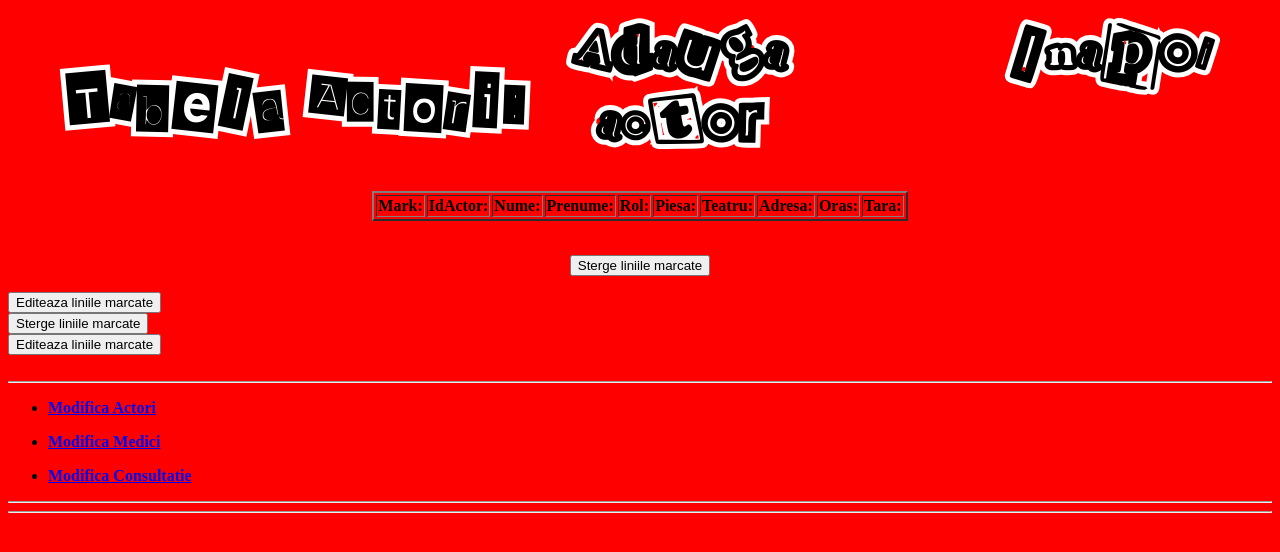
Repository: SusStefan/ActorDB
Page: http://localhost/Actori/tabela_actori.jsp
An editor plug-in stored every save of this project. The page is shown before and after the next save, followed by the edit.
The browser window is 1280 px wide. The pictures show the whole page.
The page is served by Tomcat 9. Queries for data that is not in the repository find no rows.

Above is the page before, as saved 2025-12-15 19:31:12.
Console error: TypeError: Cannot set properties of null (setting 'innerHTML')

After the next save:
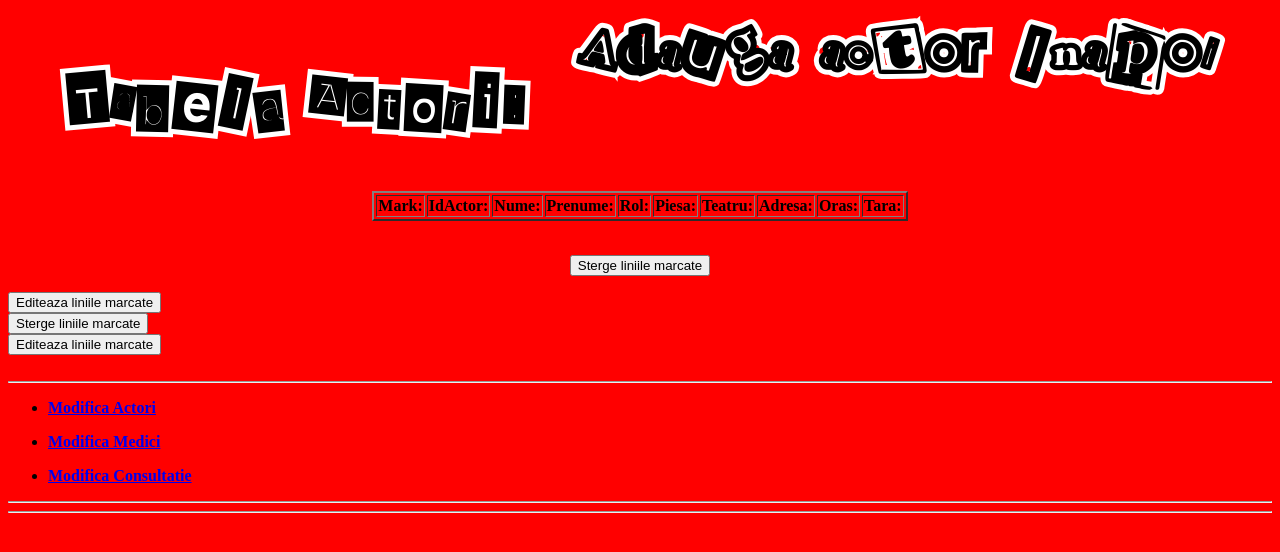
Saved 16 s later.
--- a/Actori/src/main/webapp/tabela_actori.jsp
+++ b/Actori/src/main/webapp/tabela_actori.jsp
@@ -15,10 +15,10 @@
  <br/>
 
 <a href="adauga_actor.jsp">
-<div class="cssbutton "id="Butactori"><b class="sway-text"><strong>Adauga actor</strong></b></div>
+<div class="cssbutton2 "><b class="sway-text"><strong>Adauga actor</strong></b></div>
 </a>
  <a href="index.html">
-<div class="cssbutton "id="Butactori"><b class="sway-text"><strong>Inapoi</strong></b></div>
+<div class="cssbutton2 "><b class="sway-text"><strong>Inapoi</strong></b></div>
 </a>
 </div>
  <form action="sterge_actori.jsp" method="post">

After the 2 saves that followed:
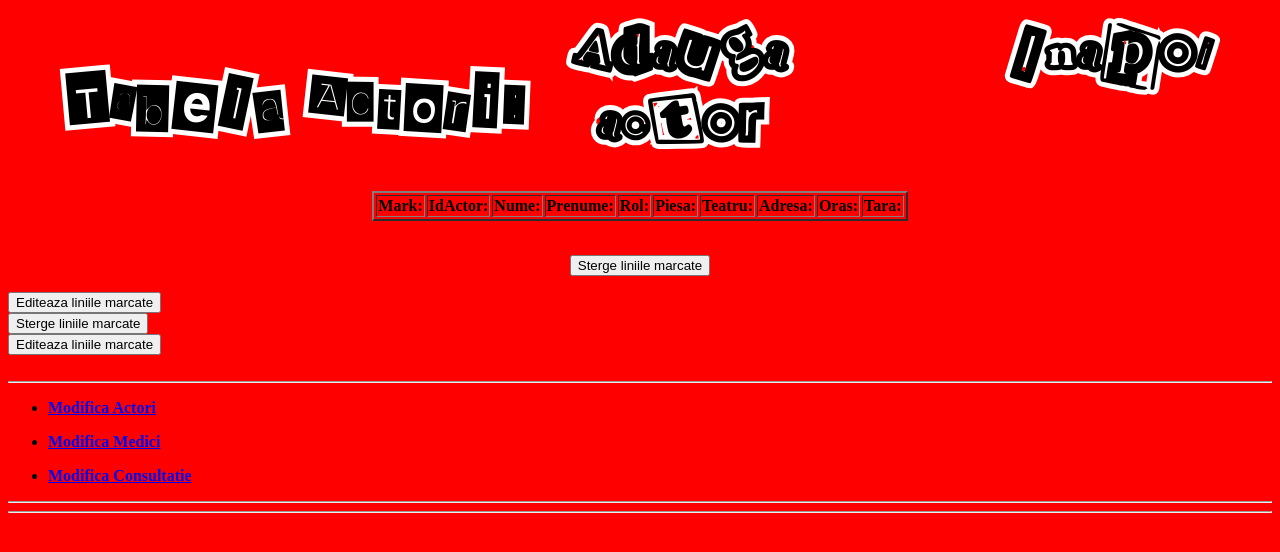
The 2 saves are shown as one change because 1 left the picture as it was.
The last was saved 25 s later.
--- a/Actori/src/main/webapp/persona.css
+++ b/Actori/src/main/webapp/persona.css
@@ -85,8 +85,8 @@ top:-2%;
  }
   .cssbutton2
  {
- width:100%;
- height:30%;
+ width:5%;
+ height:50%;
  background-color:red;
  padding:5px;
  text-align: center;
